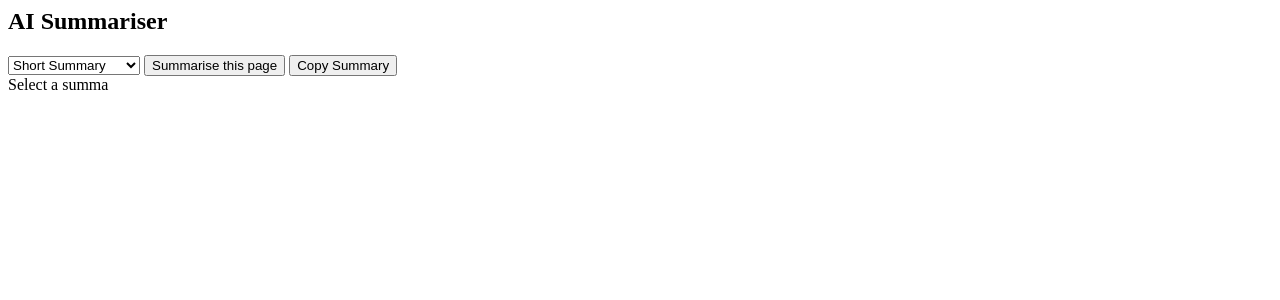
Repository: hisana-nazeer/AI-Summariser
Page: popup.html
These files come from the project's save history. The page is drawn as it stood at one moment and after the next save; the edit follows.
The browser window is 1280 px wide. The pictures show the whole page.

Above is the page before, as saved 2025-09-22 13:24:12.

After the next save:
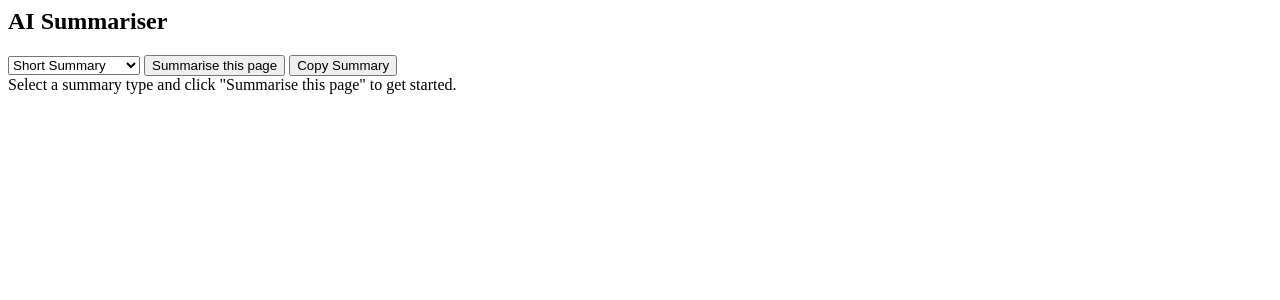
Saved 4 s later.
--- a/popup.html
+++ b/popup.html
@@ -11,7 +11,7 @@
         <button id="copy-btn">Copy Summary</button>
        </div>
        <div id="result">
-        Select a summa
+        Select a summary type and click "Summarise this page" to get started.
        </div>
      </body>
 </html>
